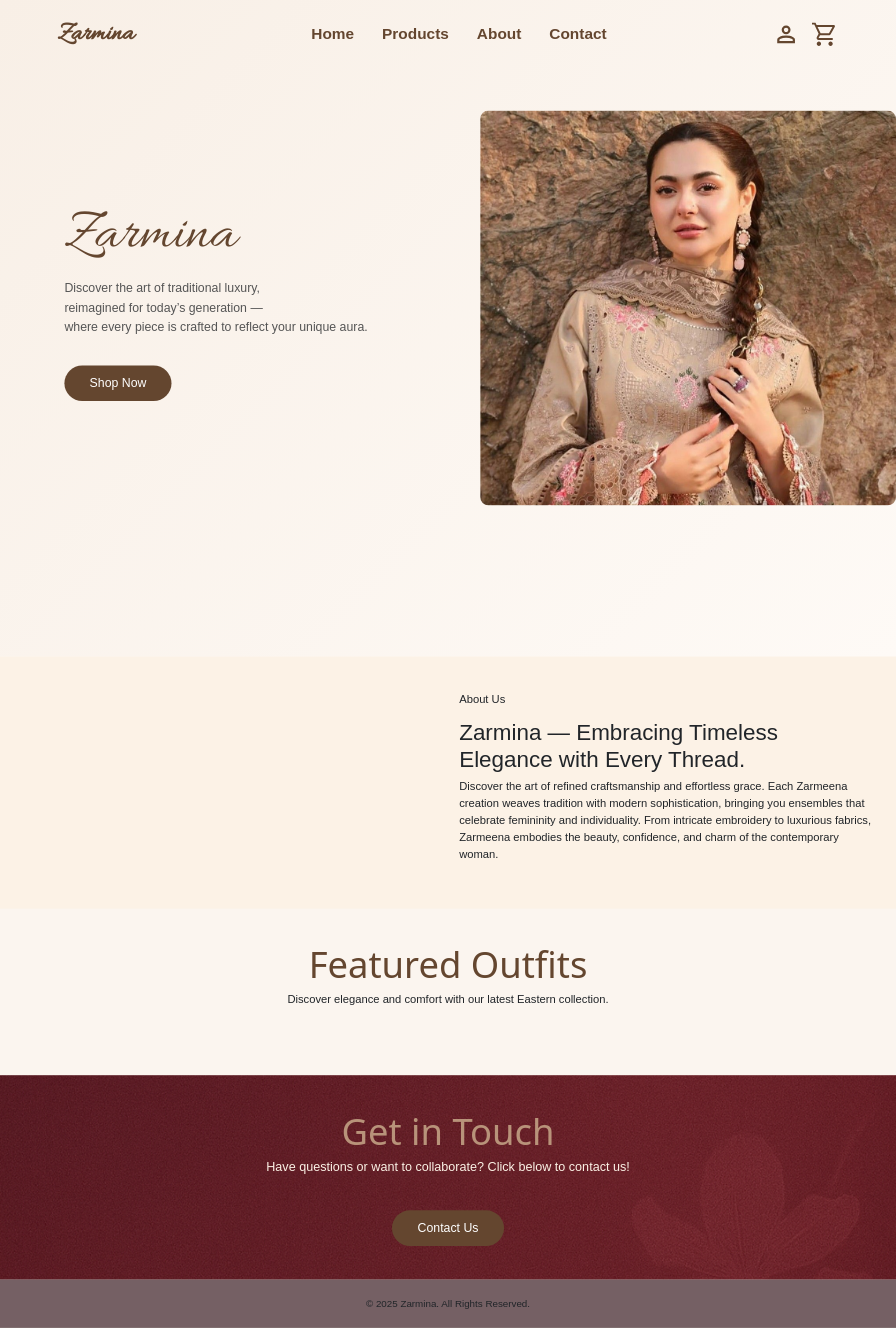
Repository: ayeshatehreem77/Clothing-store
Page: / (app in perfumes-app/)
An editor plug-in stored every save of this project. The page is shown before and after the next save, followed by the edit.
The browser window is 1280 px wide. The pictures show the whole page, at 70% of full size.
Pictures or frames that could not be fetched are drawn as grey boxes. The page's requests for data from a server got no answer. Some web fonts or font styles are not loaded; a fallback is used. The project was rebuilt for these pictures with package versions that can differ from the ones it lists, and the page was loaded fresh each time. No one was signed in, and anything a server would have sent is missing. Also part of the build but not shown: perfumes-app/src/components/Alert.js, perfumes-app/src/components/Reviews.js, perfumes-app/src/components/FeedbackForm.js.

Above is the page before, as saved 2025-10-31 20:14:29.

After the next save:
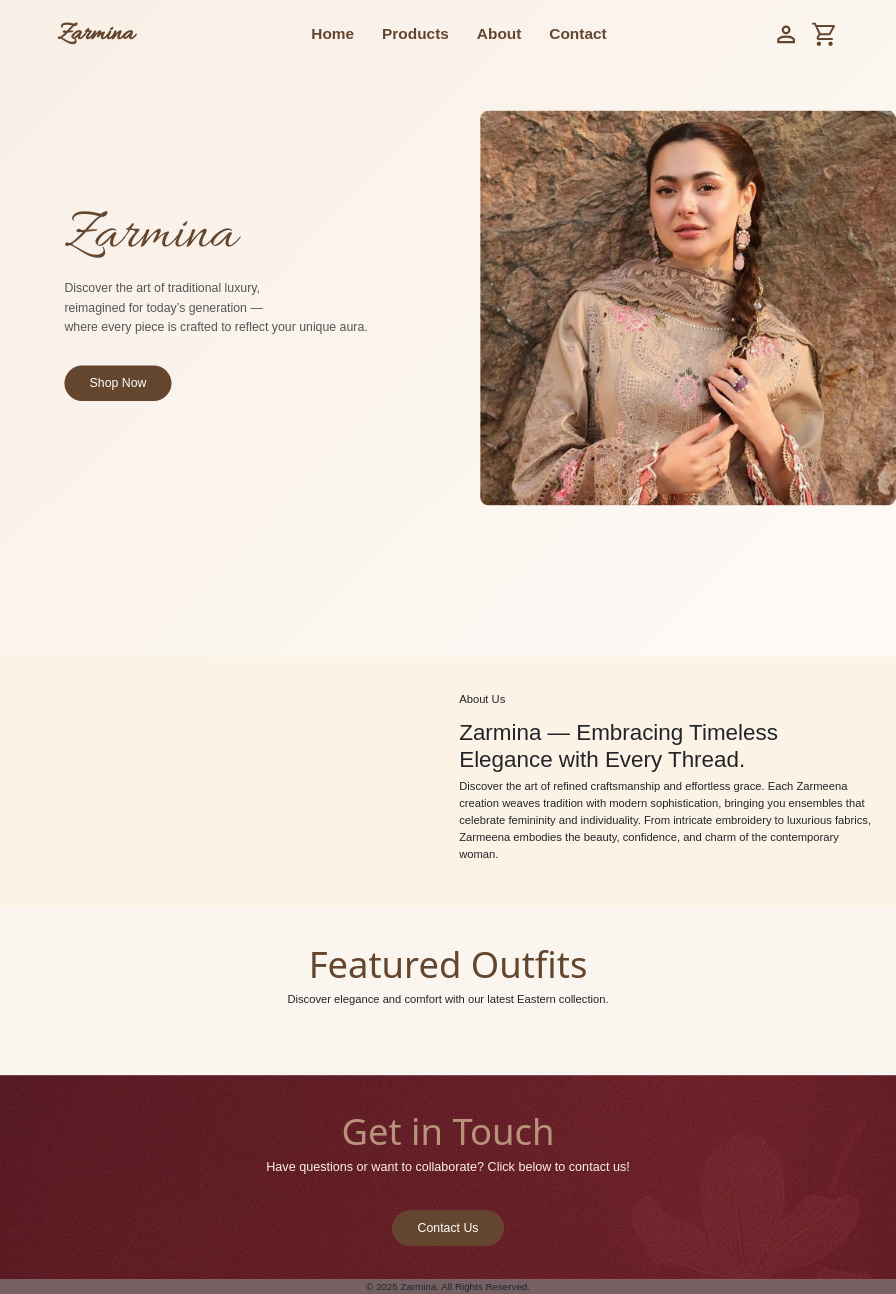
Saved 2 min 41 s later.
--- a/perfumes-app/src/components/Footer.js
+++ b/perfumes-app/src/components/Footer.js
@@ -5,7 +5,7 @@ function Footer() {
 
   return (
     <footer
-      className="text-center py-4"
+      className="text-center "
     >
       <p style={{ margin: 0, fontSize: "14px" }}>
         &copy; {year} Zarmina. All Rights Reserved.
